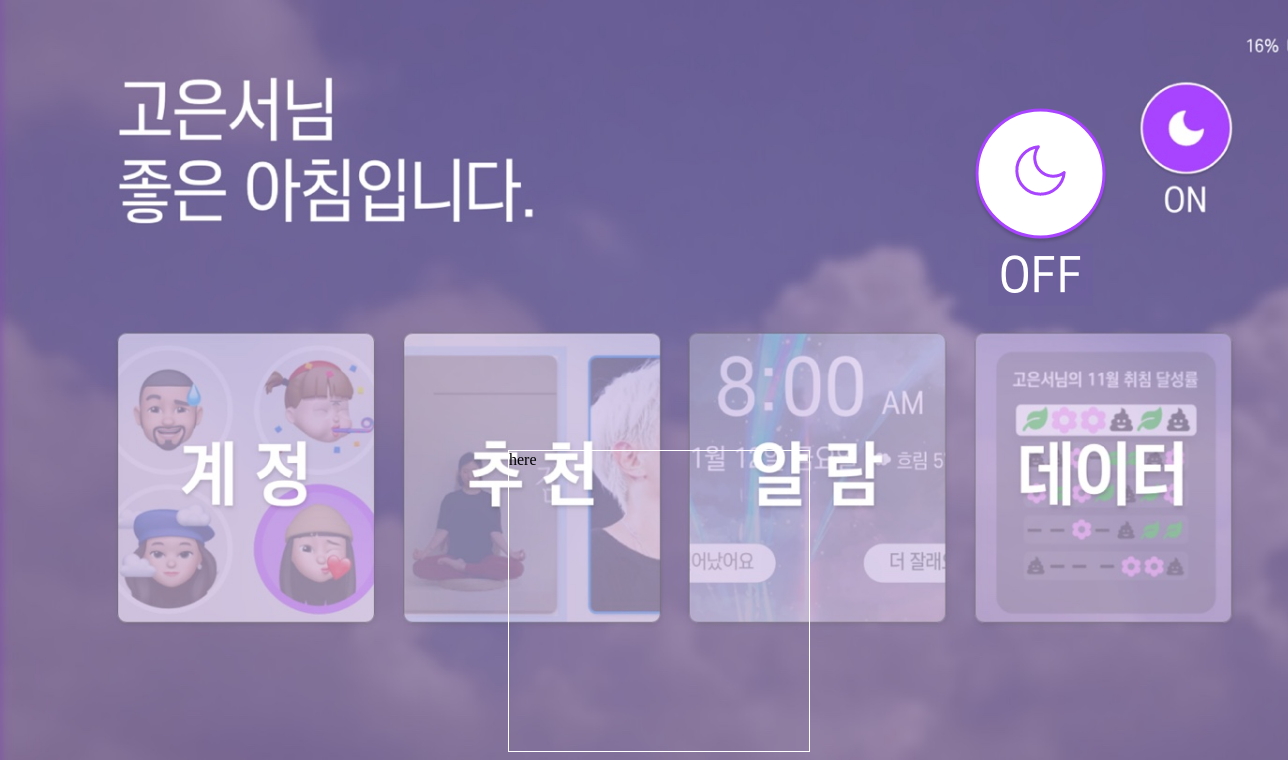
Repository: meanz1/SE_SleepWithMe
Page: SmartTVWorkspace/testapp/button.html
An editor plug-in stored every save of this project. The page is shown before and after the next save, followed by the edit.
The browser window is 1280 px wide. The page is 1288 px wide, so the pictures cover 1288 px, including what lies to the right of the window. The pictures show the whole page.

Above is the page before, as saved 2021-11-18 07:42:19.

After the next save:
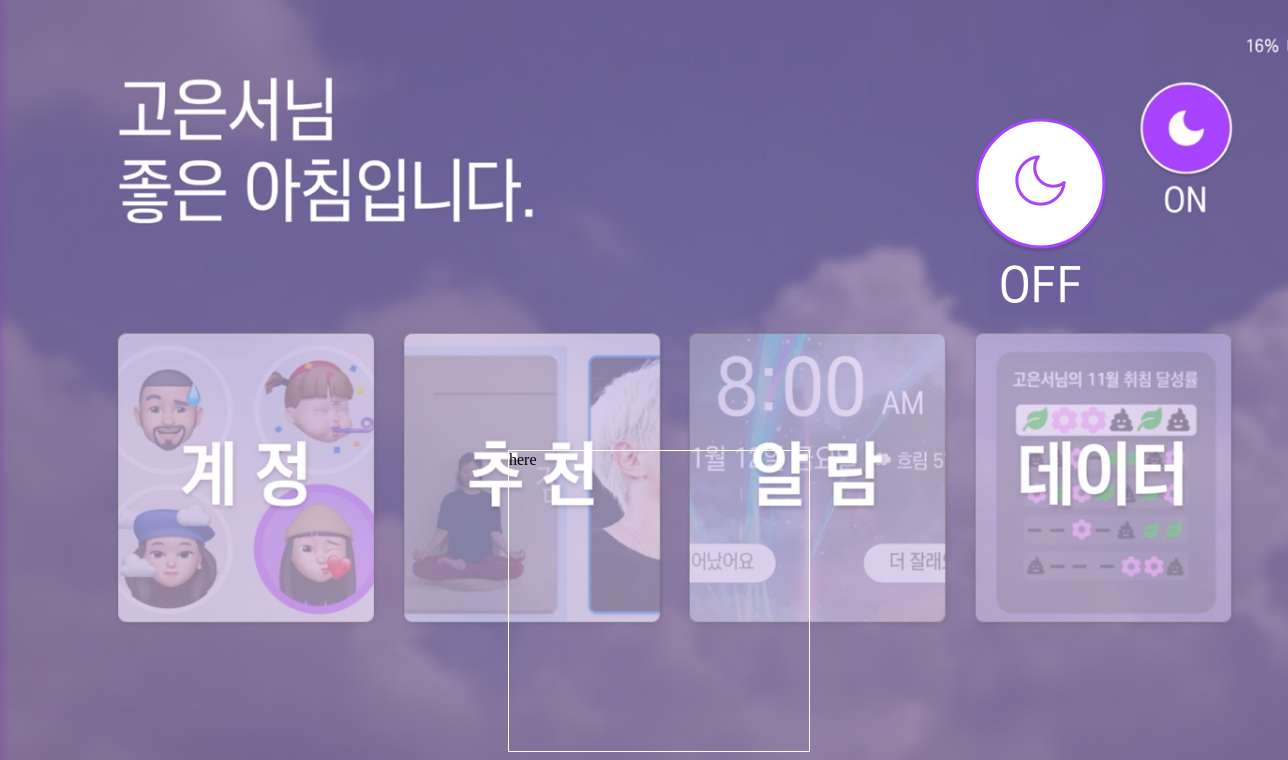
Saved 34 s later.
--- a/SmartTVWorkspace/testapp/button.html
+++ b/SmartTVWorkspace/testapp/button.html
@@ -18,7 +18,7 @@
     img {
     	float: right;
     	position: absolute;
-    	top: 107px;
+    	top: 117px;
     	right: 170px;
 
     }
